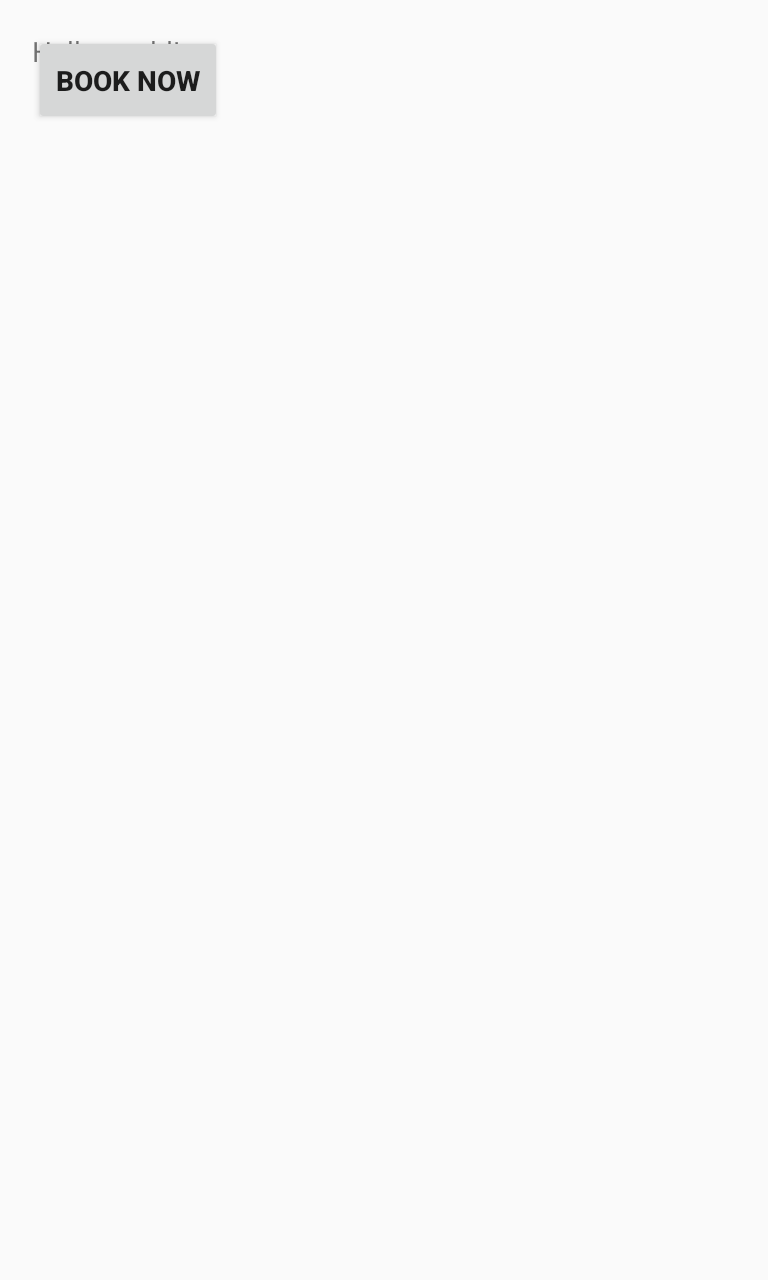
Repository: mouryaamit/Minfy-Pingo
Layout: Java-Sample/Customer-Sample/res/layout/fragment_main.xml
These files come from the project's save history. The layout is drawn as it stood at one moment and after the next save; the edit follows.
It is drawn on a 768 x 1280 px phone screen (xhdpi) without system bars, with theme AppTheme; the app's code is not run.

Above is the layout before, as saved 2015-06-20 07:12:44.

### Java-Sample/Customer-Sample/res/layout/fragment_main.xml
<RelativeLayout xmlns:android="http://schemas.android.com/apk/res/android"
    xmlns:tools="http://schemas.android.com/tools"
    android:layout_width="match_parent"
    android:layout_height="match_parent"
    android:paddingBottom="@dimen/activity_vertical_margin"
    android:paddingLeft="@dimen/activity_horizontal_margin"
    android:paddingRight="@dimen/activity_horizontal_margin"
    android:paddingTop="@dimen/activity_vertical_margin"
    tools:context="com.example.customer_sample.MainActivity$PlaceholderFragment" >

    <TextView
        android:layout_width="wrap_content"
        android:layout_height="wrap_content"
        android:text="@string/hello_world" />

    <Button
        android:id="@+id/action_booknow"
        android:layout_width="wrap_content"
        android:layout_height="wrap_content"
        android:text="@string/action_booknow"
        android:textStyle="bold" />

</RelativeLayout>

### Java-Sample/Customer-Sample/res/values/strings.xml
<?xml version="1.0" encoding="utf-8"?>
<resources>

    <string name="app_name">Customer-Sample</string>
    <string name="hello_world">Hello world!</string>
    <string name="action_settings">Settings</string>
    <string name="action_booknow">Book Now</string>
    <string name="cancelbooking">Cancel Booking</string>

</resources>

Loaded but not shown: Java-Sample/Customer-Sample/res/values/styles.xml (common file); Java-Sample/Customer-Sample/res/values-v11/styles.xml (common file); Java-Sample/Customer-Sample/res/values-v14/styles.xml (common file); Java-Sample/Customer-Sample/res/values/dimens.xml (common file); Java-Sample/Customer-Sample/res/values-w820dp/dimens.xml (common file)

After the next save:
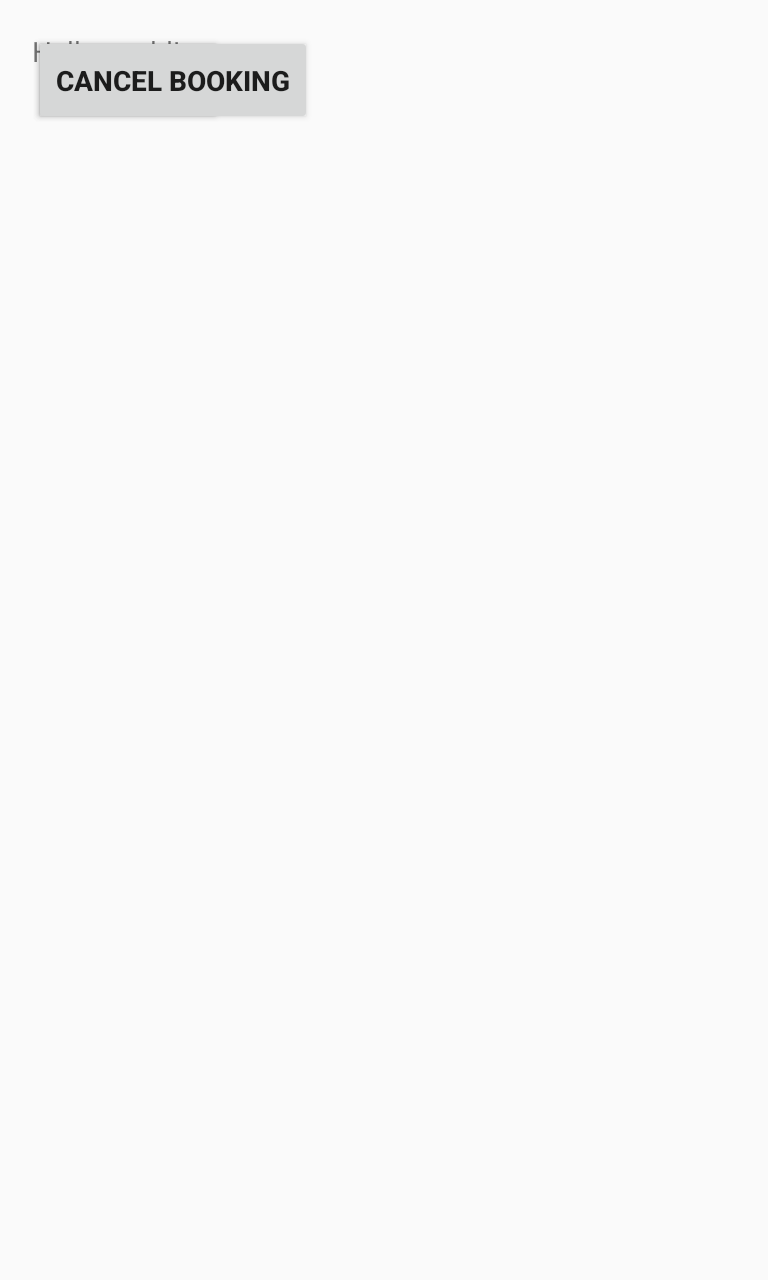
Saved 7 s later.
--- a/Java-Sample/Customer-Sample/res/layout/fragment_main.xml
+++ b/Java-Sample/Customer-Sample/res/layout/fragment_main.xml
@@ -19,5 +19,11 @@
         android:layout_height="wrap_content"
         android:text="@string/action_booknow"
         android:textStyle="bold" />
+<Button
+        android:id="@+id/action_cancelbooking"
+        android:layout_width="wrap_content"
+        android:layout_height="wrap_content"
+        android:text="@string/cancelbooking"
+        android:textStyle="bold" />
 
 </RelativeLayout>
